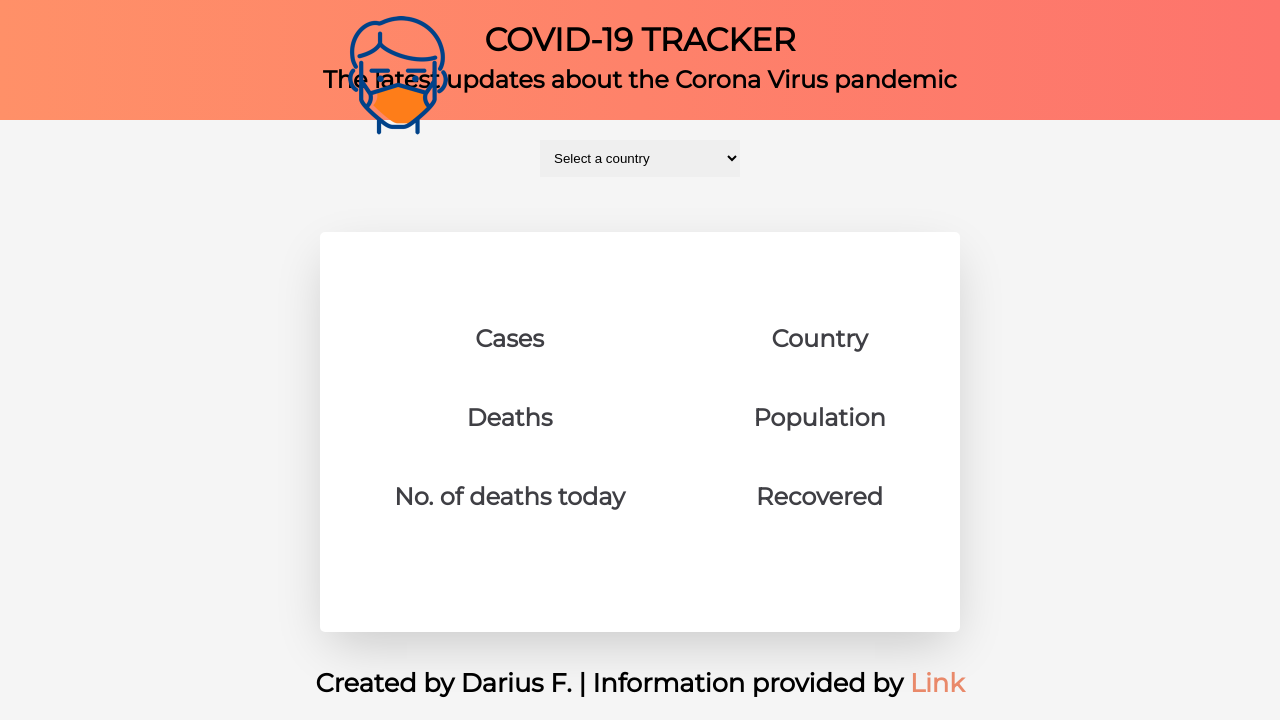
Repository: dariusfarcasanu/Covid-Tracker
Page: index.html
An editor plug-in stored every save of this project. The page is shown before and after the next save, followed by the edit.
The browser window is 1280 px wide. The pictures show the whole page.
The page's requests for data from a server got no answer.

Above is the page before, as saved 2021-05-12 16:18:03.

After the next save:
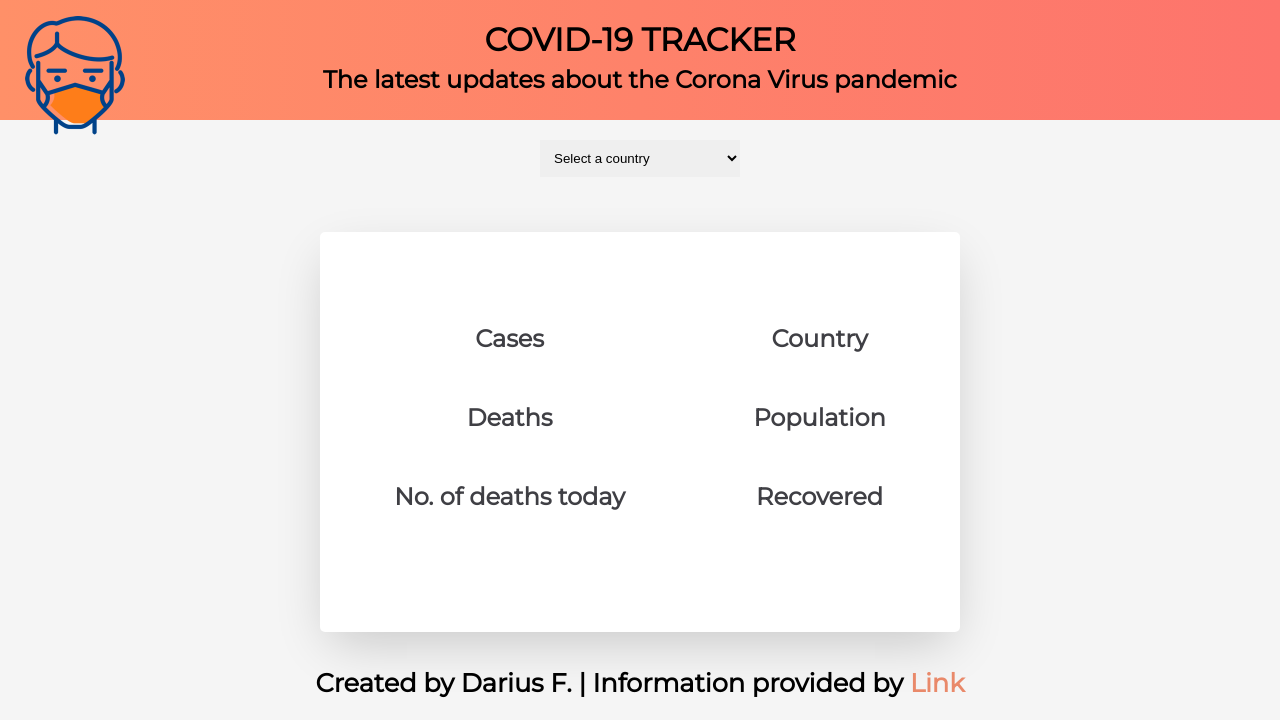
Saved 5 s later.
--- a/styles.css
+++ b/styles.css
@@ -34,6 +34,7 @@ header {
 .image-container img {
   position: absolute;
   top: 0;
+  left: 0;
   max-width: 100%;
   display: block;
   height: auto;
